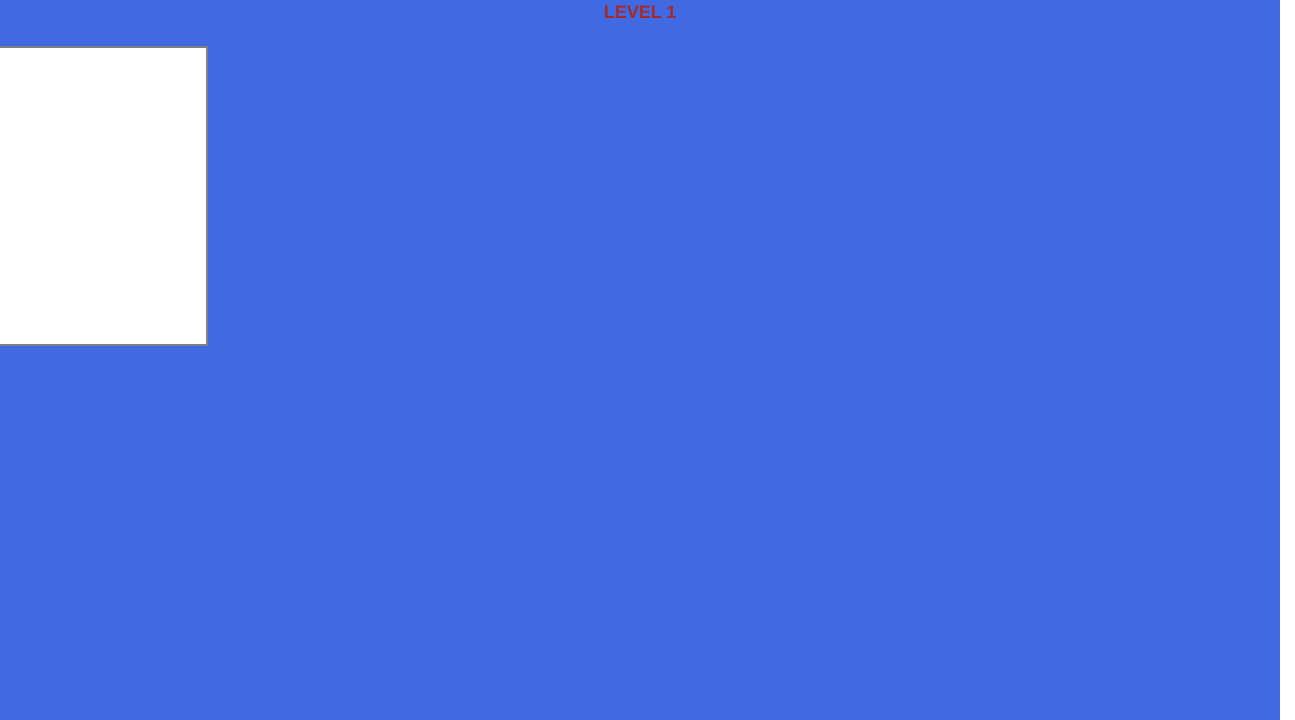
Repository: Shenba-Ps/Jsp-Servlet-B
Page: http://localhost/Test/Booking.jsp
An editor plug-in stored every save of this project. The page is shown before and after the next save, followed by the edit.
The browser window is 1280 px wide. The page is 1295 px wide, so the pictures cover 1295 px, including what lies to the right of the window. The pictures show the whole page.
The page is served by Tomcat 9. Other server files are loaded and not shown.

Above is the page before, as saved 2023-06-15 13:12:47.

### Test/src/main/webapp/Booking.jsp
<!DOCTYPE HTML><%@page language="java"
	contentType="text/html; charset=ISO-8859-1" pageEncoding="ISO-8859-1"%>
<html>
<head>
<title>Booking</title>
<meta http-equiv="Content-Type" content="text/html; charset=ISO-8859-1">
<link rel="stylesheet" href="Plugins/Boostrap.css">
<link rel="stylesheet" href="Script/Common.css">
<script src="Plugins/jQuery.js"></script>
<script src="Plugins/bootstrap.js"></script>
<script src="Script/Booking.js"></script>
</head>
<body>
	<div style="height: 100vh; background-color: #4169E1;">
		<div>
			<div class="Title form-group" style="text-align: center;">LEVEL 1</div>
			<div class="row">
				<div class="col-md-2 Slot Free"></div>
			</div>
		</div>
		<!-- Modal -->
		<div class="modal fade" data-backdrop="static" id="mdlCustomerDetail"
			role="dialog">
			<div class="modal-dialog" style="width: 70%;">
				<!-- Modal content-->
				<div class="modal-content">
					<div class="modal-body">
						<div class="Title form-group" style="text-align: center;">Please
							enter your booking information</div>
						<div class="row form-group">
							<div class="col-xs-3 RightAlign">
								<label>Name</label>
							</div>
							<div class="col-xs-6">
								<input class="form-control" type="text" id="idName"
									name="nmName">
								<div class="ControlErrorMessage" id="errName"></div>
							</div>
						</div>
						<div class="row form-group">
							<div class="col-xs-3 RightAlign">
								<label>Address</label>
							</div>
							<div class="col-xs-6">
								<textarea class="form-control" id="idAddress" name="nmAddress"></textarea>
								<div class="ControlErrorMessage" id="errAddress"></div>
							</div>
						</div>
						<div class="row form-group">
							<div class="col-xs-3 RightAlign">
								<label>NRIC</label>
							</div>
							<div class="col-xs-6">
								<input class="form-control" type="text" id="idNRIC"
									name="nmNRIC">
								<div class="ControlErrorMessage" id="errNRIC"></div>
							</div>
						</div>
						<div class="row form-group">
							<div class="col-xs-3 RightAlign">
								<label>Usage Trade</label>
							</div>
							<div class="col-xs-6">
								<select class="form-control" name="UsageTrade" id="idUsageTrade">
									<option value="Credit Card Promotion">Credit Card
										Promotion</option>
									<option value="F&B">F&B</option>
									<option value="Hairdressing">Hairdressing</option>
									<option value="Clothing">Clothing</option>
									<option value="Others">Others</option>
								</select>
								<div class="ControlErrorMessage" id="errUserTrade"></div>
							</div>
						</div>
						<div class="row form-group">
							<div class="col-xs-3 RightAlign">
								<label>Others</label>
							</div>
							<div class="col-xs-6">
								<input class="form-control" type="text" id="idOthers"
									name="nmOthers">
								<div class="ControlErrorMessage" id="errOthers"></div>
							</div>
						</div>
						<div class="row form-group">
							<div class="col-xs-3 RightAlign">
								<label>Email</label>
							</div>
							<div class="col-xs-6">
								<input class="form-control" type="text" id="idEmail"
									name="nmEmail">
								<div class="ControlErrorMessage" id="errEmail"></div>
							</div>
						</div>
						<div class="row form-group">
							<div class="col-xs-3 RightAlign">
								<label>Home</label>
							</div>
							<div class="col-xs-6">
								<input class="form-control PhoneNumber" type="text"
									id="idHomeTel" name="nmHome" maxlength="8">
								<div class="ControlErrorMessage" id="errHomeTel"></div>
							</div>
						</div>
						<div class="row form-group">
							<div class="col-xs-3 RightAlign">
								<label>Office</label>
							</div>
							<div class="col-xs-6">
								<input class="form-control PhoneNumber" type="text"
									id="idOfficeTel" name="nmOffice" maxlength="8">
								<div class="ControlErrorMessage" id="errOfficeTel"></div>
							</div>
						</div>
						<div class="row form-group">
							<div class="col-xs-3 RightAlign">
								<label>Mobile</label>
							</div>
							<div class="col-xs-6">
								<input class="form-control PhoneNumber" type="text"
									id="idMobile" name="nmMobile" maxlength="8">
								<div class="ControlErrorMessage" id="errMobile"></div>
							</div>
						</div>
						<div class="row form-group">
							<div class="col-xs-3 RightAlign">
								<label>Booking Date</label>
							</div>
							<div class="col-xs-6">
								<input class="form-control" type="date" id="idBookingDate"
									name="nmBookingDate">
								<div class="ControlErrorMessage" id="errBookingDate"></div>
							</div>
						</div>
					</div>
					<div class="modal-footer">
						<button type="button" class="btn btn-primary"
							onclick="onclickBookSlot()">Book Slot</button>
						<button type="button" class="btn btn-primary" id="btnBookSlot"
							style="display: none;"></button>
						<div class="ControlErrorMessage" id="errBookingSlot"></div>
					</div>
				</div>
			</div>
		</div>
	</div>
</body>
</html>

### Test/src/main/webapp/Script/Common.css
.Title {
	font-size: 18px;
	color: brown;
	font-weight: bold;
}

.RightAlign {
	text-align: center;
}

.ControlError {
	border: 2px solid red;
}

.ControlErrorMessage {
	color: red;
	font-weight: 600;
}

.Slot {
	border: 2px solid gray;
	margin: 5px;
	height: 300px
}

.Free {
	background-color: white;
	color: white;
	font-weight: 600;
	text-align: center;
}

.Booked {
	background-color: gray;
	color: white;
	font-weight: 600;
	text-align: center;
}

### Test/src/main/webapp/Script/Booking.js
$(function() {
	//OpenCustomerDetail();
});

function OpenCustomerDetail() {
	$('#mdlCustomerDetail').modal('show');
}

function onclickBookSlot() {
	$('#idName').removeClass("ControlError");
	$('#errName').hide();
	$('#idAddress').removeClass("ControlError");
	$('#errAddress').hide();
	$('#idNRIC').removeClass("ControlError");
	$('#errNRIC').hide();
	$('#idUsageTrade').removeClass("ControlError");
	$('#errUsageTrade').hide();
	$('#idOthers').removeClass("ControlError");
	$('#errOthers').hide();
	$('#idEmail').removeClass("ControlError");
	$('#errEmail').hide();
	$('#idHomeTel').removeClass("ControlError");
	$('#errHomeTel').hide();
	$('#idNOfficeTel').removeClass("ControlError");
	$('#errOfficeTel').hide();
	$('#idMobile').removeClass("ControlError");
	$('#errMobile').hide();
	$('#idBookingDate').removeClass("ControlError");
	$('#errBookingDate').hide();
	if ($('#idName').val() == "") {
		$('#idName').addClass("ControlError");
		$('#errName').html("* Please enter your name");
		$('#errName').show();
	}
	if ($('#idAddress').val() == "") {
		$('#idAddress').addClass("ControlError");
		$('#errAddress').html("* Please enter your address");
		$('#errAddress').show();
	}
	if ($('#idNRIC').val() == "") {
		$('#idNRIC').addClass("ControlError");
		$('#errNRIC').html("* Please enter your NRIC");
		$('#errNRIC').show();
	}
	if ($('#idUsageTrade').val() == "") {
		$('#idUsageTrade').addClass("ControlError");
		$('#errUsageTrade').html("* Please select usage trade");
		$('#errUsageTrade').show();
	}
	if ($('#idOthers').val() == "") {
		$('#idOthers').addClass("ControlError");
		$('#errOthers').html("* Please enter usage trade details");
		$('#errOthers').show();
	}
	if ($('#idEmail').val() == "") {
		$('#idEmail').addClass("ControlError");
		$('#errEmail').html("* Please enter your email");
		$('#errEmail').show();
	}
	if ($('#idHomeTel').val() == "") {
		$('#idHomeTel').addClass("ControlError");
		$('#errHomeTel').html("* Please enter your home number");
		$('#errHomeTel').show();
	}
	if ($('#idOfficeTel').val() == "") {
		$('#idOfficeTel').addClass("ControlError");
		$('#errOfficeTel').html("* Please enter your office number");
		$('#errOfficeTel').show();
	}
	if ($('#idMobile').val() == "") {
		$('#idMobile').addClass("ControlError");
		$('#errMobile').html("* Please enter your mobile number");
		$('#errMobile').show();
	}
	if ($('#idBookingDate').val() == "") {
		$('#idBookingDate').addClass("ControlError");
		$('#errBookingDate').html("* Please select booking date");
		$('#errBookingDate').show();
	}
}

Loaded but not shown: Test/src/main/webapp/Plugins/Boostrap.css (library); Test/src/main/webapp/Plugins/jQuery.js (library); Test/src/main/webapp/Plugins/bootstrap.js (library)

After the next save:
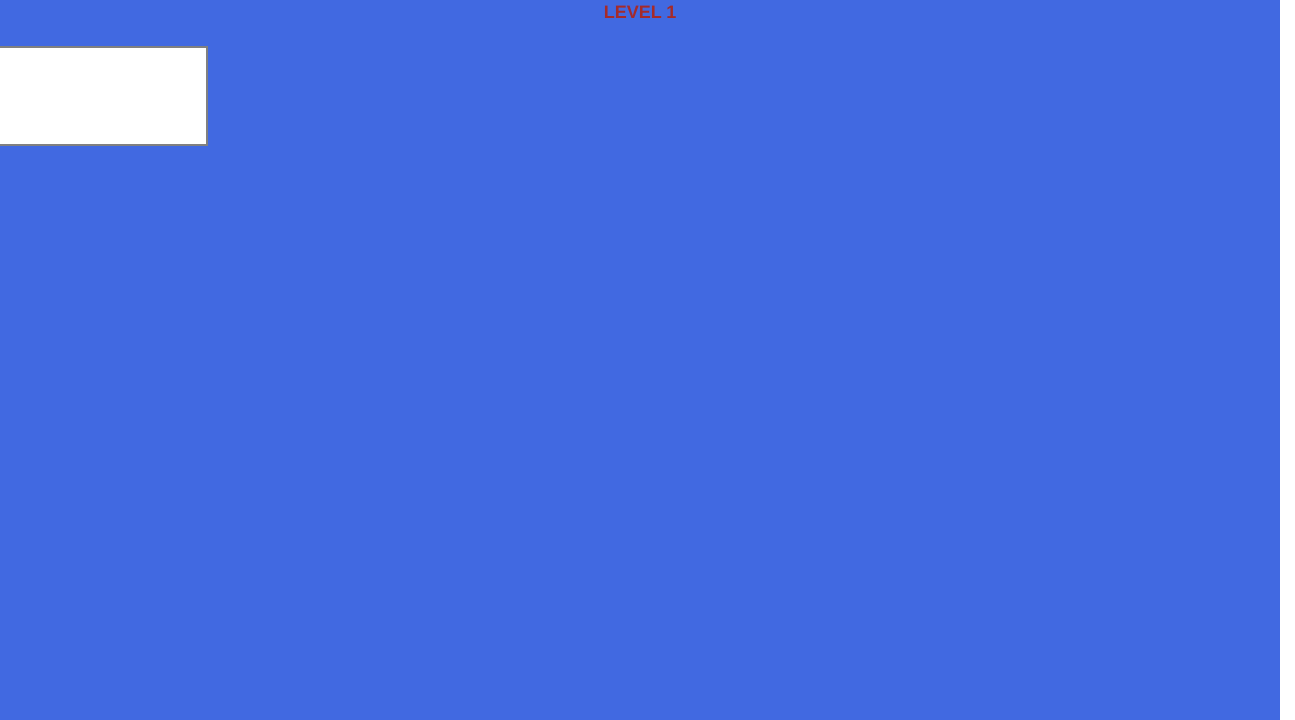
Saved 14 s later.
--- a/Test/src/main/webapp/Script/Common.css
+++ b/Test/src/main/webapp/Script/Common.css
@@ -20,7 +20,7 @@
 .Slot {
 	border: 2px solid gray;
 	margin: 5px;
-	height: 300px
+	height: 100px
 }
 
 .Free {
